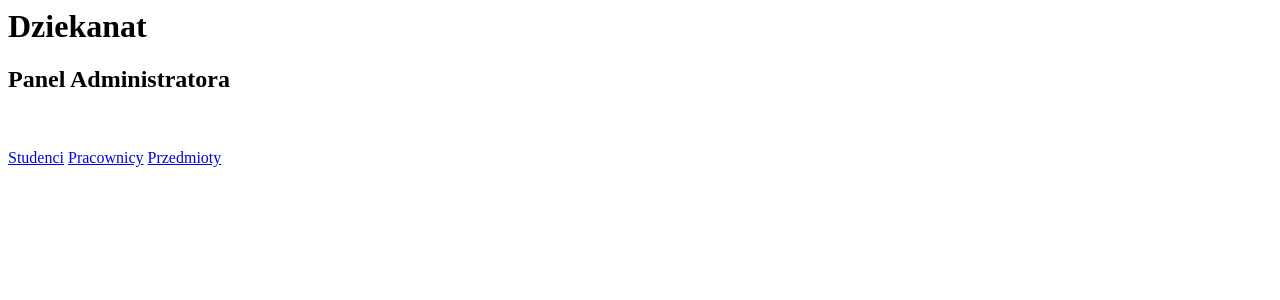
Repository: wojciechDrozd/php
Page: http://localhost/adminMenuBar.php
These files come from the project's save history. The page is drawn as it stood at one moment and after the next save; the edit follows.
The browser window is 1280 px wide. The pictures show the whole page.
The page is run by PHP 8.4 with error messages shown; the project is at /var/www/html/.

Above is the page before, as saved 2017-04-12 20:27:15.

### 1/CRUDexample/adminMenuBar.php
<div class="container">
	<div class="row">
		<div class="col-md-12">
			<h1><b>Dziekanat</b></h1>
			<h2>Panel Administratora</h2><br/><br/>
		</div>
	</div>
	<div class="row">
		<div class="container">
			<a href="studentsTable.php" class="btn btn-info" role="button">Studenci</a>
			<a href="teachersTable.php" class="btn btn-info" role="button">Pracownicy</a>
			<a href="classesTable.php" class="btn btn-info" role="button">Przedmioty</a>
			<br/>
		</div>
	</div>
</div>

After the next save:
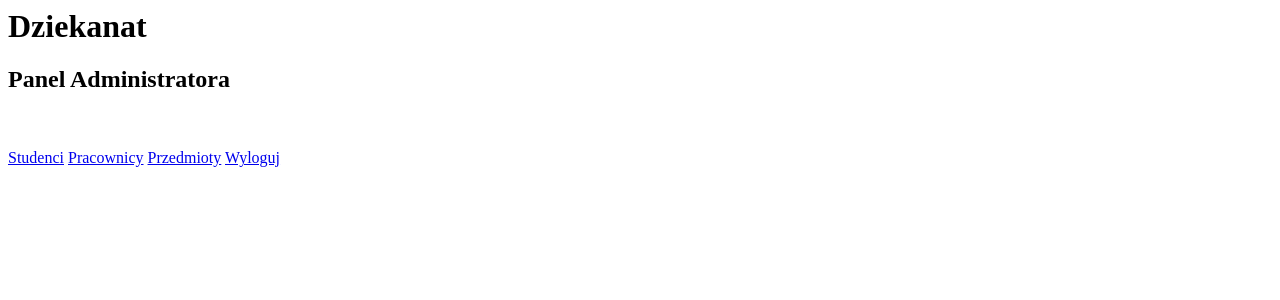
Saved 76 s later.
--- a/1/CRUDexample/adminMenuBar.php
+++ b/1/CRUDexample/adminMenuBar.php
@@ -10,6 +10,7 @@
 			<a href="studentsTable.php" class="btn btn-info" role="button">Studenci</a>
 			<a href="teachersTable.php" class="btn btn-info" role="button">Pracownicy</a>
 			<a href="classesTable.php" class="btn btn-info" role="button">Przedmioty</a>
+			<a href="logout.php" class="btn btn-danger" role="button">Wyloguj</a>
 			<br/>
 		</div>
 	</div>
